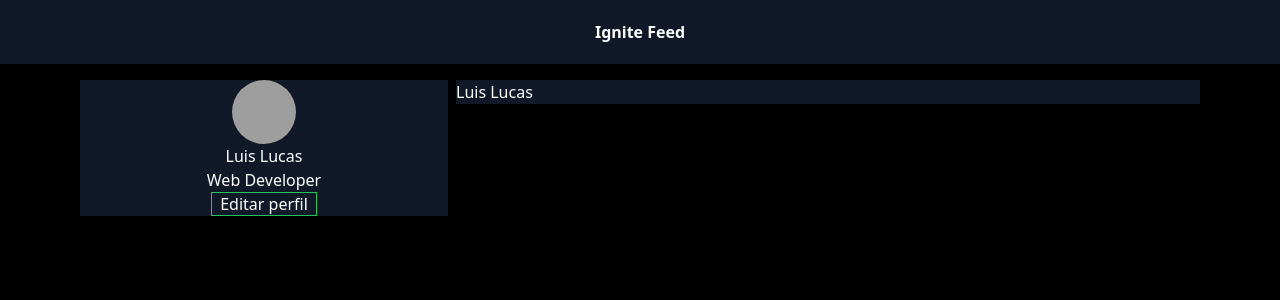
Repository: LuisSempre/ignite-feed
Page: /
These files come from the project's save history. The page is drawn as it stood at one moment and after the next save; the edit follows.
The browser window is 1280 px wide. The pictures show the whole page.
Pictures or frames that could not be fetched are drawn as grey boxes. The project was rebuilt for these pictures with package versions that can differ from the ones it lists, and the page was loaded fresh each time. Also part of the build but not shown: vite.config.js.

Above is the page before, as saved 2022-07-13 21:35:46.

### src/App.jsx
import { Header } from "./Components/Header"
import { Sidebar } from "./Components/Sidebar"
function App() {
  return (
    <div>
      <Header />
      <div className="max-w-6xl mx-auto p-4 grid grid-cols-3 gap-2 items-start">
        <Sidebar />
        <div className="bg-gray-900 col-span-2">
          Luis Lucas
        </div>
      </div>
    </div>
  );
}

export default App;

### src/index.css
@tailwind base;
@tailwind components;
@tailwind utilities;

* {
    @apply bg-black text-white;
}

h1, span, a {
    @apply bg-gray-900
}

### src/Components/Header.jsx
export function Header() {
  return (
    <div className="flex max-w-7xl items-center justify-center h-16 bg-gray-900">
      <h1 className="font-bold bg-gray-900">Ignite Feed</h1>
    </div>
  )
}

### src/Components/Sidebar.jsx
export function Sidebar() {
  return (
    <div className="bg-gray-900 justify-center items-center flex flex-col text-center overflow-hidden object-cover">
      <img
        className="w-16 h-16 rounded-full"
        src="https://avatars.githubusercontent.com/u/32404639?v=4"
        alt=""
      />
      <h1>Luis Lucas</h1>
      <span>Web Developer</span>
      <div>
        <a href="" className="border border-green-500 px-2 py4">
            Editar perfil
        </a>
      </div>
    </div>
  );
}

Loaded but not shown: index.html (common file); src/main.jsx (common file); tailwind.config.js (common file)

After the next save:
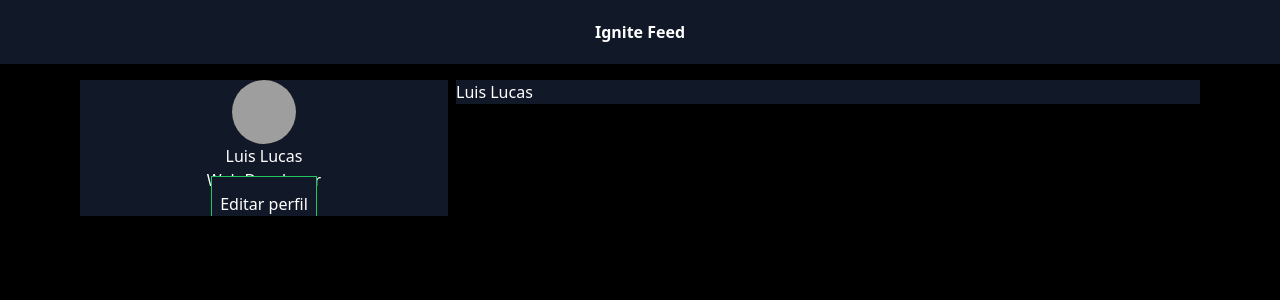
Saved 4 s later.
--- a/src/Components/Sidebar.jsx
+++ b/src/Components/Sidebar.jsx
@@ -9,7 +9,7 @@ export function Sidebar() {
       <h1>Luis Lucas</h1>
       <span>Web Developer</span>
       <div>
-        <a href="" className="border border-green-500 px-2 py4">
+        <a href="" className="border border-green-500 px-2 py-4">
             Editar perfil
         </a>
       </div>
